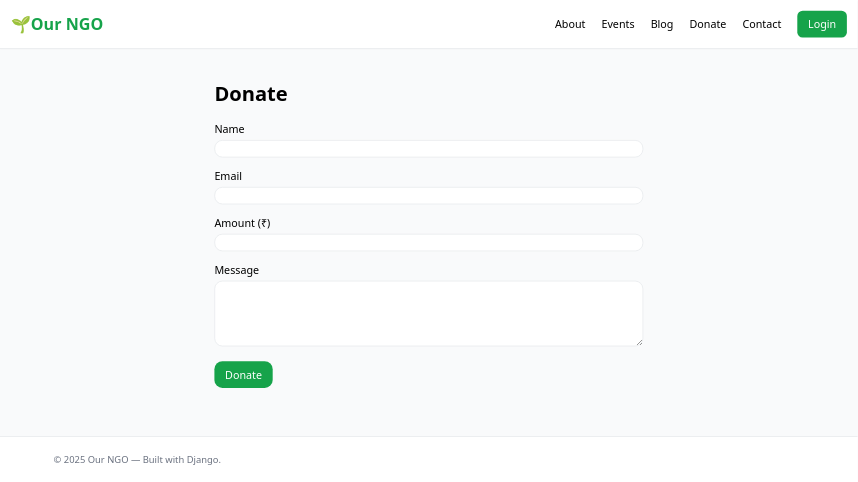
Repository: falak346/OUR-NGO
Page: http://localhost/donate/
An editor plug-in stored every save of this project. The page is shown before and after the next save, followed by the edit.
The browser window is 1280 px wide. The pictures show the whole page, at 67% of full size.
Some web libraries are served in a nearby version. The page is served by the project's application, run on Django 5.2 (ngo_site/manage.py).

Above is the page before, as saved 2025-11-17 01:22:24.

After the next save:
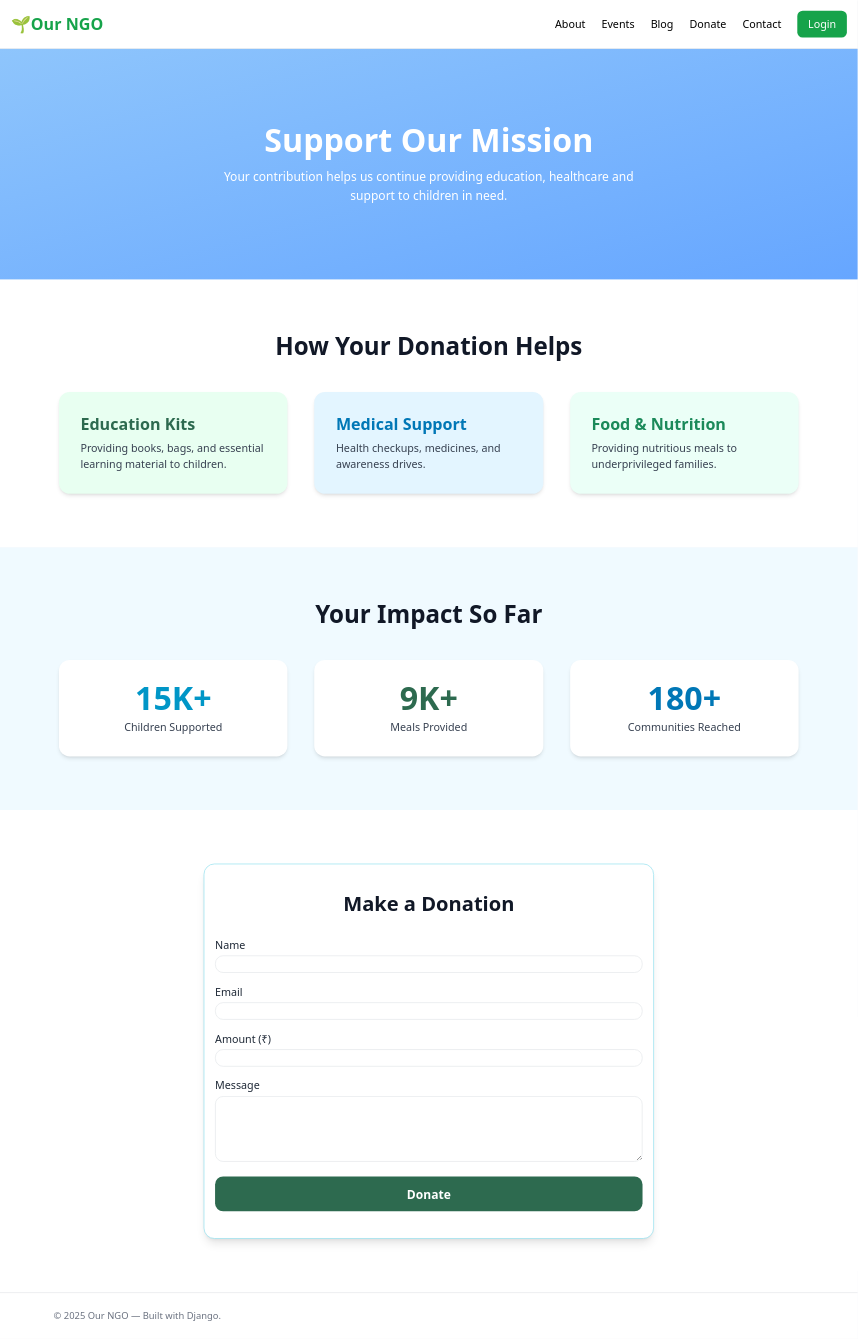
Not found: static/images/ngo_donate_bg.jpg
Saved 2 min 14 s later.
--- a/ngo_site/ngo_site/templates/donations/donate.html
+++ b/ngo_site/ngo_site/templates/donations/donate.html
@@ -1,28 +1,110 @@
 {% extends "base.html" %}
 {% block title %}Donate — NGO{% endblock %}
+
 {% block content %}
-<section class="max-w-2xl mx-auto px-4 py-12">
-  <h1 class="text-3xl font-bold mb-6">Donate</h1>
-  <form method="post" class="space-y-4">
-    {% csrf_token %}
-    {{ form.non_field_errors }}
-    <div>
-      <label class="block mb-1">Name</label>
-      {{ form.name }}
+
+<!-- HERO SECTION -->
+<section class="relative w-full py-28 bg-gradient-to-br from-[#8EC5FC] to-[#66A6FF] overflow-hidden text-white">
+  <div class="max-w-6xl mx-auto px-6 text-center relative z-10">
+    <h1 class="text-5xl font-extrabold">Support Our Mission</h1>
+    <p class="mt-4 text-lg max-w-2xl mx-auto">
+      Your contribution helps us continue providing education, healthcare and support to children in need.
+    </p>
+  </div>
+
+  <!-- Hero Background Image -->
+  <div class="absolute inset-0 opacity-25"
+       style="background-image:url('/static/images/ngo_donate_bg.jpg');
+              background-size:cover;
+              background-position:center;">
+  </div>
+</section>
+
+
+<!-- GOALS SECTION -->
+<section class="py-20 bg-white">
+  <div class="max-w-6xl mx-auto px-6">
+    <h2 class="text-4xl font-bold text-gray-900 text-center mb-12">How Your Donation Helps</h2>
+
+    <div class="grid md:grid-cols-3 gap-10">
+      <div class="p-8 rounded-2xl shadow-md bg-[#E8FFF1]">
+        <h3 class="text-2xl font-bold text-[#2D6A4F] mb-2">Education Kits</h3>
+        <p class="text-gray-700">Providing books, bags, and essential learning material to children.</p>
+      </div>
+
+      <div class="p-8 rounded-2xl shadow-md bg-[#E3F5FF]">
+        <h3 class="text-2xl font-bold text-[#0077B6] mb-2">Medical Support</h3>
+        <p class="text-gray-700">Health checkups, medicines, and awareness drives.</p>
+      </div>
+
+      <div class="p-8 rounded-2xl shadow-md bg-[#EBFFF7]">
+        <h3 class="text-2xl font-bold text-[#1B8A5A] mb-2">Food & Nutrition</h3>
+        <p class="text-gray-700">Providing nutritious meals to underprivileged families.</p>
+      </div>
     </div>
-    <div>
-      <label class="block mb-1">Email</label>
-      {{ form.email }}
+  </div>
+</section>
+
+
+<!-- IMPACT SECTION -->
+<section class="py-20 bg-[#F0FAFF]">
+  <div class="max-w-6xl mx-auto px-6 text-center">
+    <h2 class="text-4xl font-bold text-gray-900 mb-12">Your Impact So Far</h2>
+
+    <div class="grid md:grid-cols-3 gap-10">
+      <div class="p-8 bg-white shadow-md rounded-2xl">
+        <h3 class="text-5xl font-extrabold text-[#0096C7]">15K+</h3>
+        <p class="mt-2 text-gray-700">Children Supported</p>
+      </div>
+
+      <div class="p-8 bg-white shadow-md rounded-2xl">
+        <h3 class="text-5xl font-extrabold text-[#2D6A4F]">9K+</h3>
+        <p class="mt-2 text-gray-700">Meals Provided</p>
+      </div>
+
+      <div class="p-8 bg-white shadow-md rounded-2xl">
+        <h3 class="text-5xl font-extrabold text-[#0077B6]">180+</h3>
+        <p class="mt-2 text-gray-700">Communities Reached</p>
+      </div>
     </div>
-    <div>
-      <label class="block mb-1">Amount (₹)</label>
-      {{ form.amount }}
-    </div>
-    <div>
-      <label class="block mb-1">Message</label>
-      {{ form.message }}
-    </div>
-    <button class="px-4 py-2 bg-green-600 text-white rounded-xl">Donate</button>
-  </form>
+  </div>
 </section>
+
+
+<!-- FORM SECTION -->
+<section class="py-20 bg-white">
+  <div class="max-w-2xl mx-auto px-4 bg-white shadow-lg rounded-2xl p-10 border border-[#90E0EF]">
+    <h2 class="text-3xl font-bold text-gray-900 mb-8 text-center">Make a Donation</h2>
+
+    <form method="post" class="space-y-4">
+      {% csrf_token %}
+      {{ form.non_field_errors }}
+
+      <div>
+        <label class="block mb-1 font-medium text-gray-800">Name</label>
+        {{ form.name }}
+      </div>
+
+      <div>
+        <label class="block mb-1 font-medium text-gray-800">Email</label>
+        {{ form.email }}
+      </div>
+
+      <div>
+        <label class="block mb-1 font-medium text-gray-800">Amount (₹)</label>
+        {{ form.amount }}
+      </div>
+
+      <div>
+        <label class="block mb-1 font-medium text-gray-800">Message</label>
+        {{ form.message }}
+      </div>
+
+      <button class="w-full py-3 bg-[#2D6A4F] hover:bg-[#1B8A5A] text-white text-lg font-semibold rounded-xl transition">
+        Donate
+      </button>
+    </form>
+  </div>
+</section>
+
 {% endblock %}
